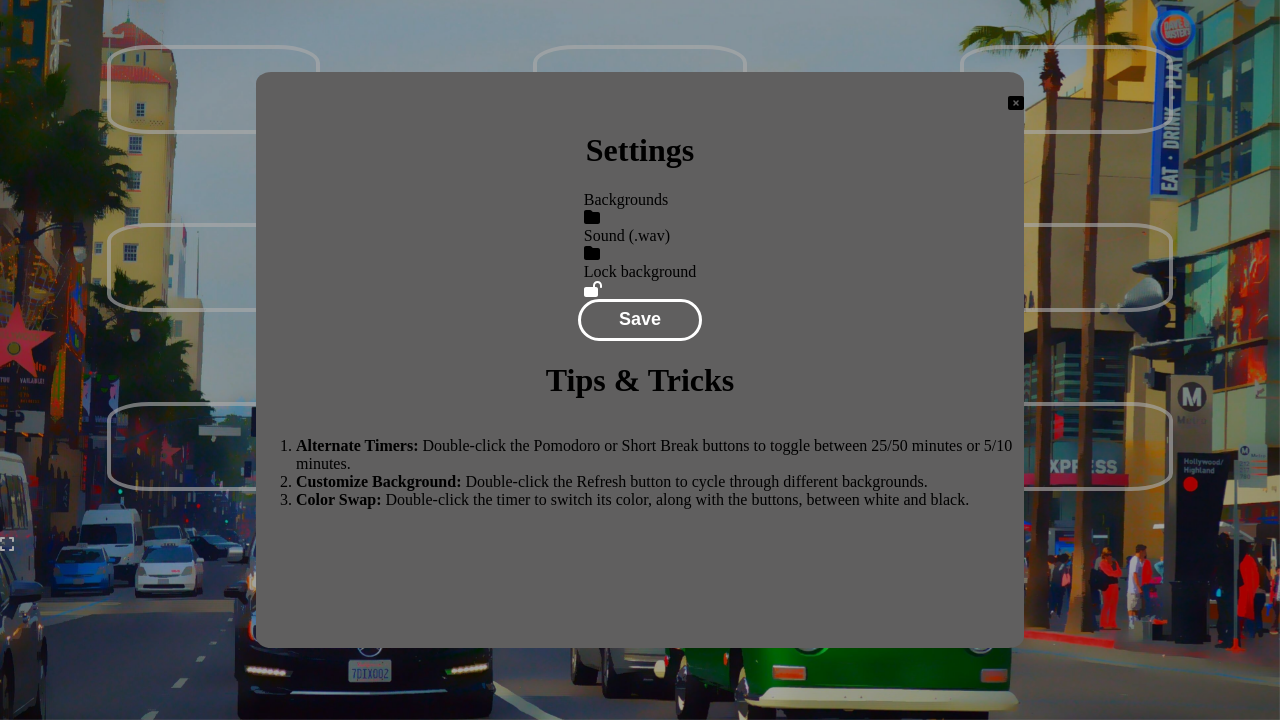
Repository: ttommytan/pomodoro
Page: /, after clicking the first element matching `svg.fa-gear`
An editor plug-in stored every save of this project. The page is shown before and after a run of saves, followed by the edit.
The browser window is 1280 px wide. The pictures show the whole page.
The project was rebuilt for these pictures with package versions that can differ from the ones it lists, and the page was loaded fresh each time. Also part of the build but not shown: vite.config.js, src/components/Test.jsx, src/components/SliderComponent.jsx. Imported but missing from the stored project, and not drawn on this page: src/assets/chime.wav.

Above is the page before, as saved 2024-08-27 11:19:28.

After the next 2 saves:
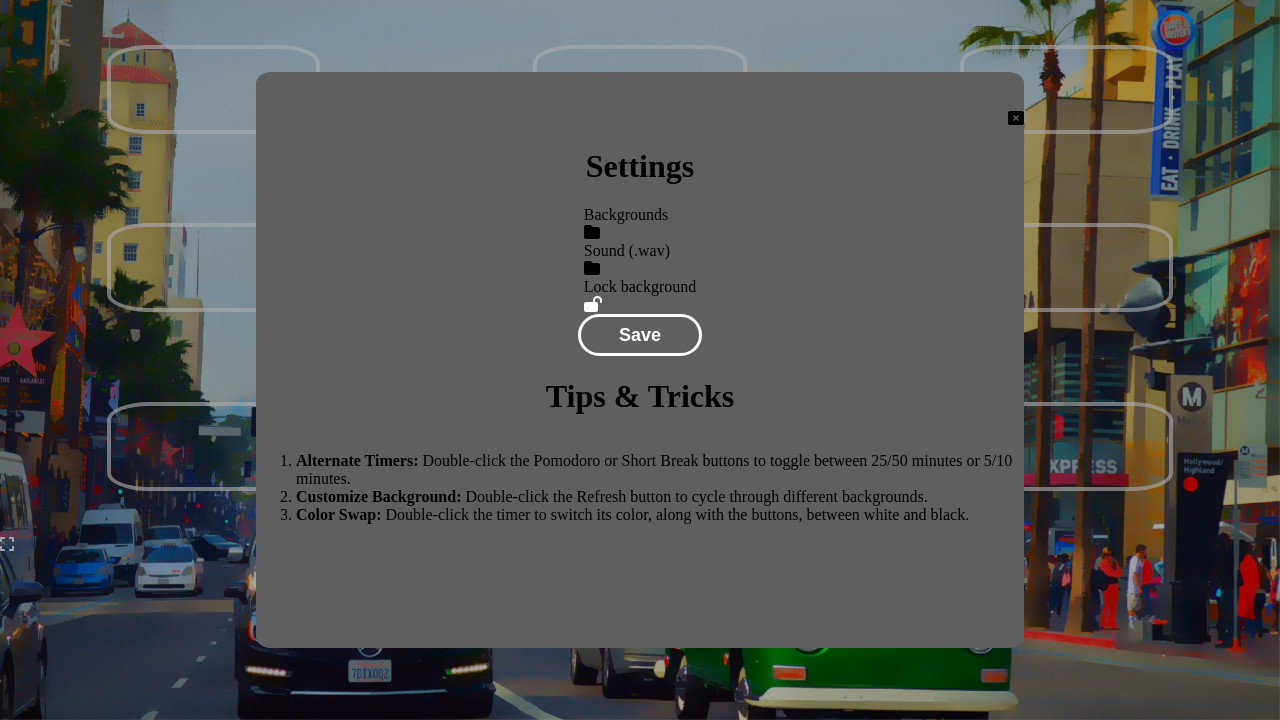
The 2 saves are shown as one change because they came seconds apart.
The last was saved 8 s later.
--- a/src/index.css
+++ b/src/index.css
@@ -308,6 +308,6 @@
 }
 
 .exit{
-  margin-top: 3%;
+  margin-top: 5%;
   align-self: flex-end;
 }
